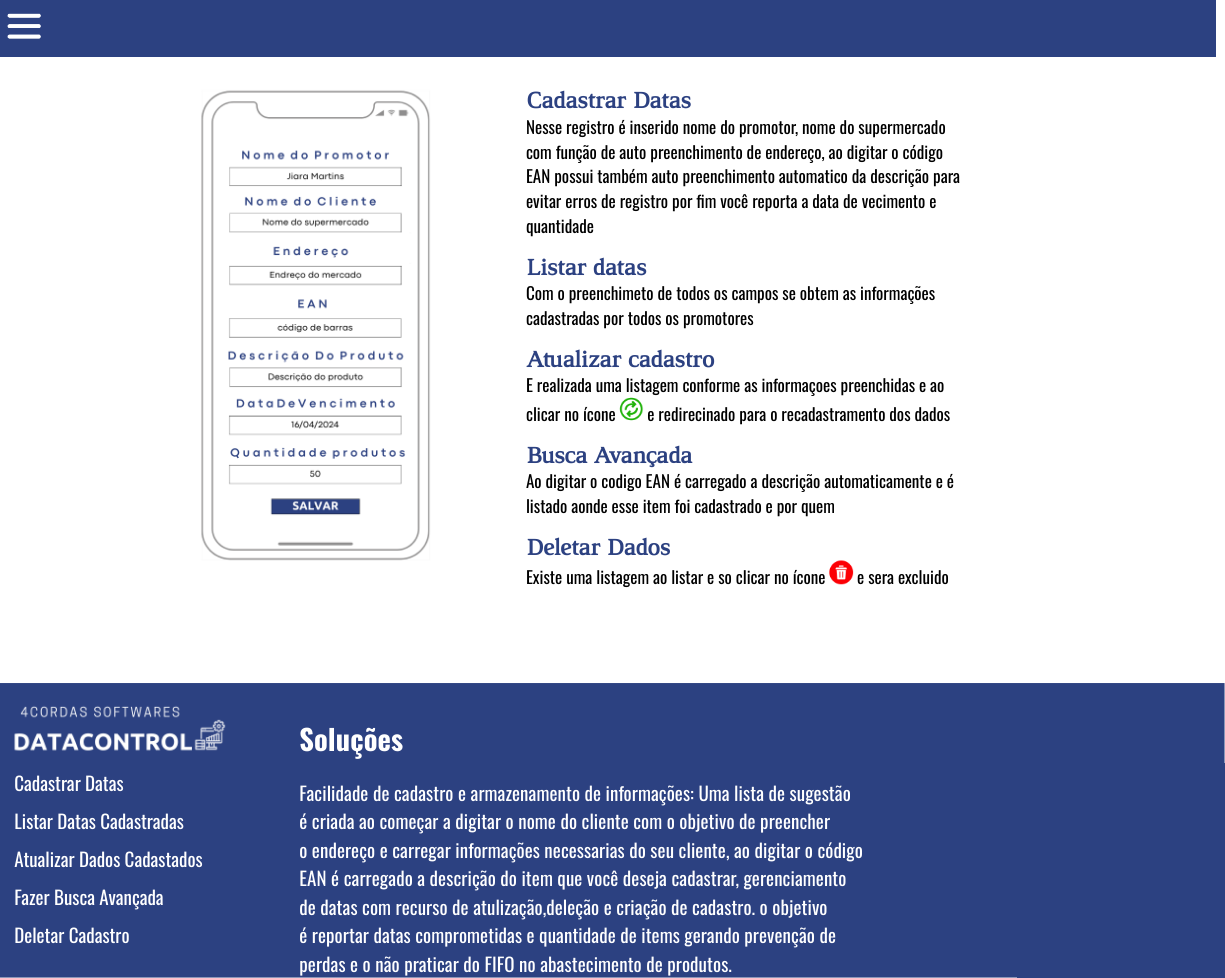
Repository: alfredo-allan/ControleDeDatasFrontEnd
Page: index.html
An editor plug-in stored every save of this project. The page is shown before and after the next save, followed by the edit.
The browser window is 1280 px wide. The page is 1289 px wide, so the pictures cover 1289 px, including what lies to the right of the window. The pictures show the whole page, at 95% of full size.

Above is the page before, as saved 2024-04-30 14:47:47.
Console error: TypeError: Cannot read properties of null (reading 'addEventListener')

After the next save:
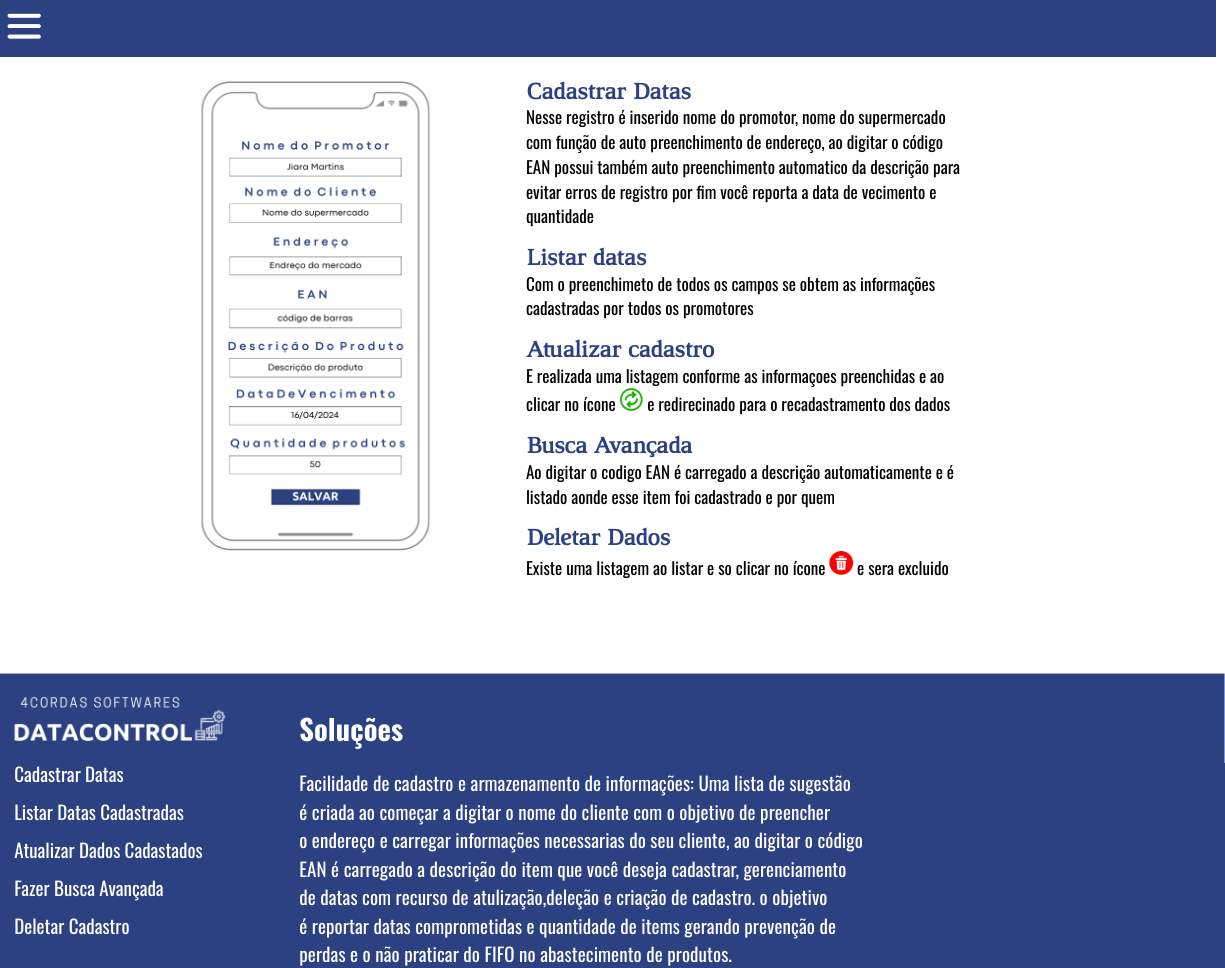
Saved 47 s later.
--- a/style/style.css
+++ b/style/style.css
@@ -430,7 +430,7 @@ button:focus {
 }
 
 #instrucao {
-  margin-top: 80px;
+  margin-top: 70px;
   width: 250px;
   margin-left: 200px;
 }
